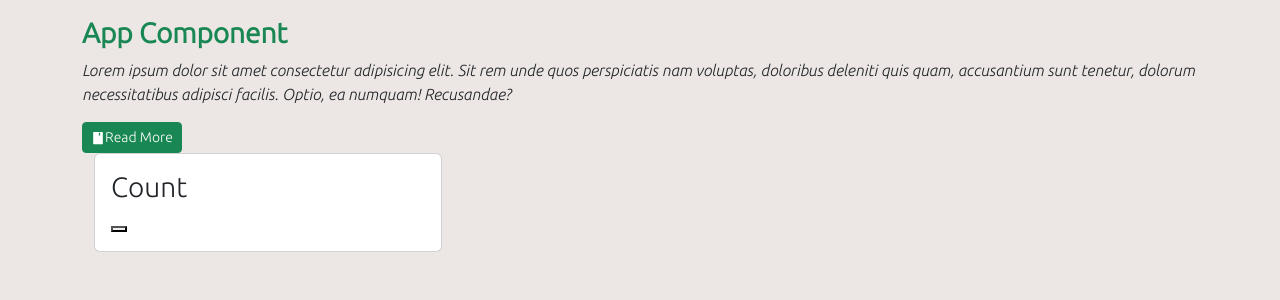
Repository: OmniaRafat232111121/employee_List
Page: /
An editor plug-in stored every save of this project. The page is shown before and after a run of saves, followed by the edit.
The browser window is 1280 px wide. The pictures show the whole page.
The project was rebuilt for these pictures with package versions that can differ from the ones it lists, and the page was loaded fresh each time.

Above is the page before, as saved 2022-09-09 12:40:20.

### public/index.html
<!DOCTYPE html>
<html lang="en">
  <head>
    <meta charset="utf-8" />
    <link rel="icon" href="%PUBLIC_URL%/favicon.ico" />
    <meta name="viewport" content="width=device-width, initial-scale=1" />
    <meta name="theme-color" content="#000000" />
    <meta
      name="description"
      content="Web site created using create-react-app"
    />
    <link rel="stylesheet" href="https://cdnjs.cloudflare.com/ajax/libs/font-awesome/4.7.0/css/font-awesome.css" integrity="sha512-5A8nwdMOWrSz20fDsjczgUidUBR8liPYU+WymTZP1lmY9G6Oc7HlZv156XqnsgNUzTyMefFTcsFH/tnJE/+xBg==" crossorigin="anonymous" referrerpolicy="no-referrer" />
    <link rel="manifest" href="%PUBLIC_URL%/manifest.json" />
    <title>React App</title>
  </head>
  <body>
    <noscript>You need to enable JavaScript to run this app.</noscript>
    <div id="root"></div>

  </body>
</html>

    <link rel="apple-touch-icon" href="%PUBLIC_URL%/logo192.png" />

    <link rel="manifest" href="%PUBLIC_URL%/manifest.json" />

    <title>React App</title>
  </head>
  <body>
    <noscript>You need to enable JavaScript to run this app.</noscript>
    <div id="root"></div>
  </body>
</html>

### src/index.tsx
import React from 'react';
import ReactDOM from 'react-dom/client';
import './index.css';
import App from './App';
import reportWebVitals from './reportWebVitals';

/*Bootstrap*/
import "../node_modules/bootstrap/dist/css/bootstrap.css"
import "../node_modules/bootstrap/dist/js/bootstrap.bundle"
const root = ReactDOM.createRoot(
  document.getElementById('root') as HTMLElement
);
root.render(
  <React.StrictMode>
    <App />
  </React.StrictMode>
);

// If you want to start measuring performance in your app, pass a function
// to log results (for example: reportWebVitals(console.log))
// or send to an analytics endpoint. Learn more: https://bit.ly/CRA-vitals
reportWebVitals();

### src/index.css
@import url('https://fonts.googleapis.com/css2?family=Be+Vietnam+Pro:wght@100&family=Montserrat:wght@400;700&family=Ubuntu:ital,wght@0,300;1,300&display=swap');
body {
  margin: 0;
  font-family: 'Ubuntu', sans-serif !important;
  background-color: #ece7e4 !important;
}

### src/App.tsx
import React from 'react';
import {AiFillBook} from 'react-icons/ai'
import Counter from './components/Counter';
function App() {

  return (
    <div className="App">
     <React.Fragment>
      <div className="container mt-3">
        <div className="grid">
          <div className="row">
            <div className="col">
              <p className='h3 fw-bold text-success'>App Component</p>
              <p className="fst-italic">Lorem ipsum dolor sit amet consectetur adipisicing elit. Sit rem unde quos perspiciatis nam voluptas, doloribus deleniti quis quam, accusantium sunt tenetur, dolorum necessitatibus adipisci facilis. Optio, ea numquam! Recusandae?</p>
              <button className='btn btn-success btn-sm'>
             < AiFillBook className='' />Read More</button>
            </div>
          </div>
          <div className="row">
            <div className="col">
             <Counter/>

            </div>
          </div>



        </div>
      </div>

     </React.Fragment>
    </div>
  );
}

export default App;

### src/components/Counter.tsx
import * as React from 'react';

interface ICounterProps {

}
interface ICounterState {

}
const Counter: React.FC<ICounterProps> = (props) => {
  return (
   <React.Fragment>
     <div className="container">
        <div className="row">
            <div className="col-md-4">
                <div className="card">
                    <div className="card-body">
                        <p className="h3">Count</p>
                       <button></button>
                      </div>
                </div>
            </div>
        </div>
     </div>
   </React.Fragment>
  );
};

export default Counter;

Loaded but not shown: src/reportWebVitals.ts (common file)

After the next 2 saves:
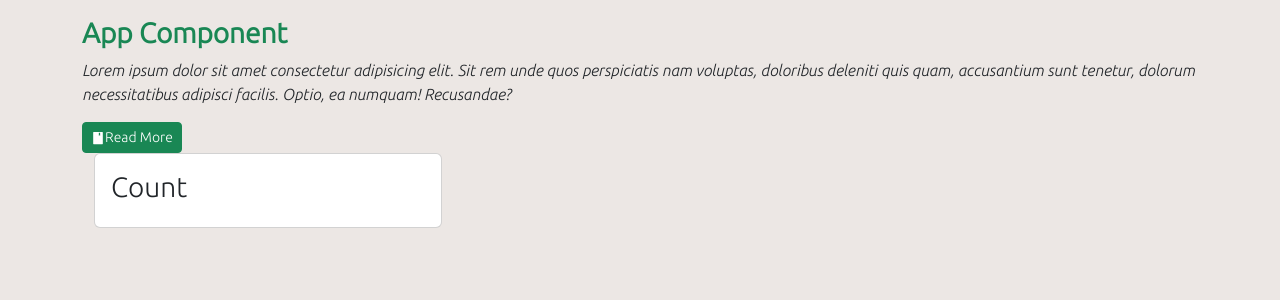
The 2 saves are shown as one change because they came seconds apart.
The last was saved 6 s later.
--- a/src/components/Counter.tsx
+++ b/src/components/Counter.tsx
@@ -15,7 +15,6 @@ const Counter: React.FC<ICounterProps> = (props) => {
                 <div className="card">
                     <div className="card-body">
                         <p className="h3">Count</p>
-                       <button></button>
                       </div>
                 </div>
             </div>
